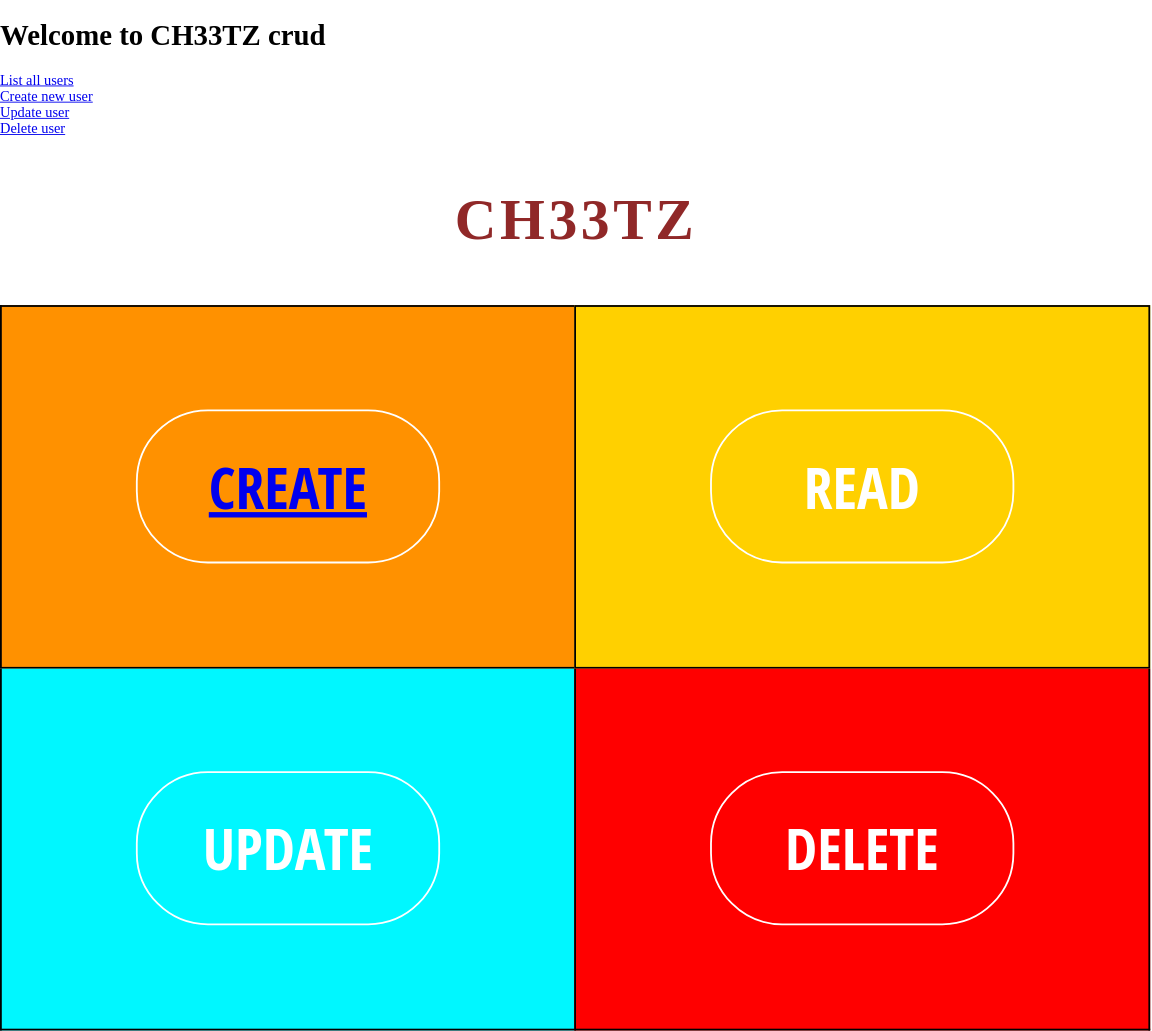
Repository: ivanmirandastavenuiter/spring-boot-mvc-crud
Page: http://localhost/ch33tz/
The author's editor kept a copy of each file at every save. The page is drawn from the files as they stood at one save, then again after the next save.
The browser window is 1280 px wide. The pictures show the whole page, at 90% of full size.
Some web fonts or font styles are not loaded; a fallback is used. The page is served by Tomcat 9. Other server files are loaded and not shown.

Above is the page before, as saved 2020-04-28 16:16:38.

### ch33tz/src/main/webapp/index.jsp
<%@ page language="java" contentType="text/html; charset=ISO-8859-1"
    pageEncoding="ISO-8859-1"%>
<%@ taglib prefix="spring" uri="http://www.springframework.org/tags" %>
<%@ taglib prefix="c" uri="http://java.sun.com/jsp/jstl/core" %>
<%@ taglib prefix="form" uri="http://www.springframework.org/tags/form" %>
<!DOCTYPE html>
<html>
<head>
<meta charset="ISO-8859-1">
<meta name="viewport" content="width=device-width, initial-scale=1.0">
<link href="https://fonts.googleapis.com/css2?family=Cinzel&family=Monoton&family=Open+Sans+Condensed:wght@300&family=Righteous&display=swap" rel="stylesheet">
<script
    src="https://code.jquery.com/jquery-3.5.0.slim.js"
    integrity="sha256-sCexhaKpAfuqulKjtSY7V9H7QT0TCN90H+Y5NlmqOUE="
    crossorigin="anonymous"></script>
<title>Welcome</title>
<style>

	 body {
            margin: 0;
            padding: 0;
        }

        div.main-container {
            margin: 0;
            padding: 0;
        }

        div.title-container {
            margin: 50px auto;
            width: 50%;
            text-align: center;
        }

        h1.main-title {
            font-family: 'Monoton', cursive;
            color: #902828;
            letter-spacing: 4px;
            font-size: 4em;
            margin: .1em;
            padding: .1em;
        }

        div.operations-container {
            width: 100%;
            display: flex;
            flex-wrap: wrap;
        }

        div[class^="operation-item"] {
            width: 49.67%;
            height: 400px;
            border: .2vw solid #000;
            display: flex;
            justify-content: center;
            align-items: center;
            transition: background-color linear .3s;
        }

        div.operation-item-c { background-color: #ff9100; border-right: none; }
        div.operation-item-r { background-color: #ffd000; }
        div.operation-item-u { background-color: #00f7ff; border-right: none; border-top: none; }
        div.operation-item-d { background-color: #ff0000; border-top: none;}

        div.operation-label {
            font-family: 'Open Sans Condensed', sans-serif;
            font-size: 4em;
            border: 2px solid #fff;
            color: #fff;
            width: 40%;
            text-align: center;
            padding: 40px;
            border-radius: 80px;
            transition: color, border linear .3s;
        }

        @media (max-width: 1000px) {

            div[class^="operation-item"] {
                width: 99.968%;
            }

            div.operation-item-c,
            div.operation-item-u {
                border-right: .2vw solid #000;
            }

        }

</style>
</head>
<body>

<c:set var="contextPath" value="${pageContext.request.contextPath}"/>

<h1>Welcome to CH33TZ crud</h1>

<a href="${contextPath}/user/list">List all users</a><br>
<a href="${contextPath}/user/add">Create new user</a><br>
<a href="${contextPath}/user/list">Update user</a><br>
<a href="${contextPath}/user/list">Delete user</a>

<div class="main-container">

        <div class="title-container">
            <h1 class="main-title">CH33TZ</h1>
        </div>

        <div class="operations-container">
            <div class="operation-item-c">
                <div class="operation-label">
                    <a href="${contextPath}/user/list">CREATE</a>
                </div>
            </div>
            <div class="operation-item-r">
                <div class="operation-label">
                    READ
                </div>
            </div>
            <div class="operation-item-u">
                <div class="operation-label">
                    UPDATE
                </div>
            </div>
            <div class="operation-item-d">
                <div class="operation-label">
                    DELETE
                </div>
            </div>
        </div>
    </div>

    <script>


        $(document).ready(function() {

            let operationItems = $('div[class^="operation-item"]').children();

            operationItems.each(function() {
                let parentClassName = $(this).parent().attr('class');

                switch(parentClassName) {

                    // Orange
                    case 'operation-item-c':

                        $(this).hover(
                            function() {
                                $(this).css({
                                    "border-color" : "#ff9100",
                                    "color" : "#ff9100"
                                });
                                $(this).parent().css("background", "#fff");
                            },
                            function() {
                                $(this).css({
                                    "border-color" : "#fff",
                                    "color" : "#fff"
                                });
                                $(this).parent().css("background", "#ff9100");
                            }
                        );

                    break;

                    // Yellow
                    case 'operation-item-r':

                        $(this).hover(
                            function() {
                                $(this).css({
                                    "border-color" : "#ffd000",
                                    "color" : "#ffd000"
                                });
                                $(this).parent().css("background", "#fff");
                            },
                            function() {
                                $(this).css({
                                    "border-color" : "#fff",
                                    "color" : "#fff"
                                });
                                $(this).parent().css("background", "#ffd000");
                            }
                        );

                    break;

                    // Blue
                    case 'operation-item-u':

                        $(this).hover(
                            function() {
                                $(this).css({
                                    "border-color" : "#00f7ff",
                                    "color" : "#00f7ff"
                                });
                                $(this).parent().css("background", "#fff");
                            },
                            function() {
                                $(this).css({
                                    "border-color" : "#fff",
                                    "color" : "#fff"
                                });
                                $(this).parent().css("background", "#00f7ff");
                            }
                        );

                    break;

                    // Red
                    case 'operation-item-d':

                        $(this).hover(
                            function() {
                                $(this).css({
                                    "border-color" : "#ff0000",
                                    "color" : "#ff0000"
                                });
                                $(this).parent().css("background", "#fff");
                            },
                            function() {
                                $(this).css({
                                    "border-color" : "#fff",
                                    "color" : "#fff"
                                });
                                $(this).parent().css("background", "#ff0000");
                            }
                        );

                    break;

                }

            });

        });

    </script>

</body>
</html>

After the next save:
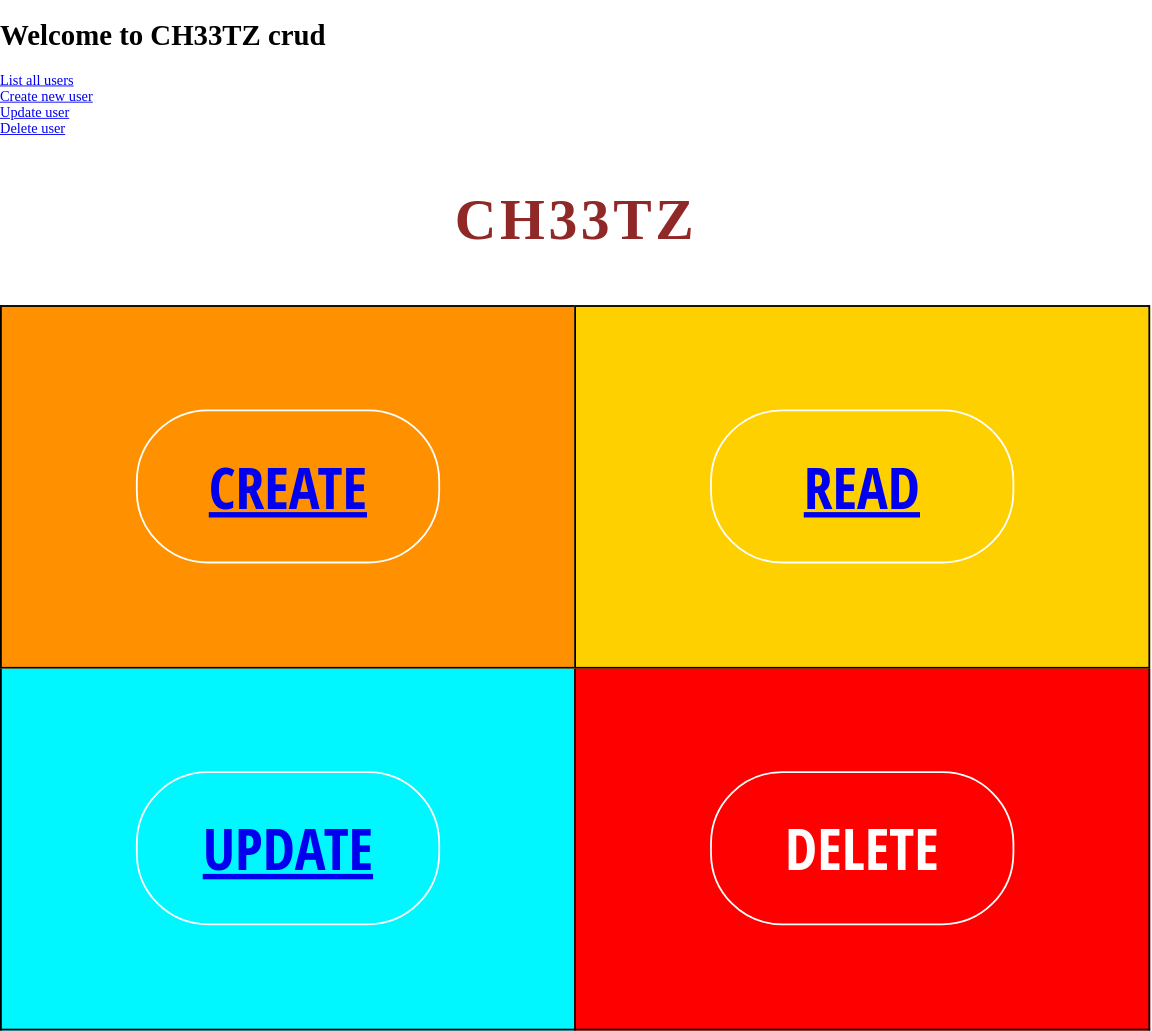
Saved 65 s later.
--- a/ch33tz/src/main/webapp/index.jsp
+++ b/ch33tz/src/main/webapp/index.jsp
@@ -109,17 +109,17 @@
         <div class="operations-container">
             <div class="operation-item-c">
                 <div class="operation-label">
-                    <a href="${contextPath}/user/list">CREATE</a>
+                    <a href="${contextPath}/user/add">CREATE</a>
                 </div>
             </div>
             <div class="operation-item-r">
                 <div class="operation-label">
-                    READ
+                    <a href="${contextPath}/user/list">READ</a>
                 </div>
             </div>
             <div class="operation-item-u">
                 <div class="operation-label">
-                    UPDATE
+                    <a href="${contextPath}/user/list">UPDATE</a>
                 </div>
             </div>
             <div class="operation-item-d">
